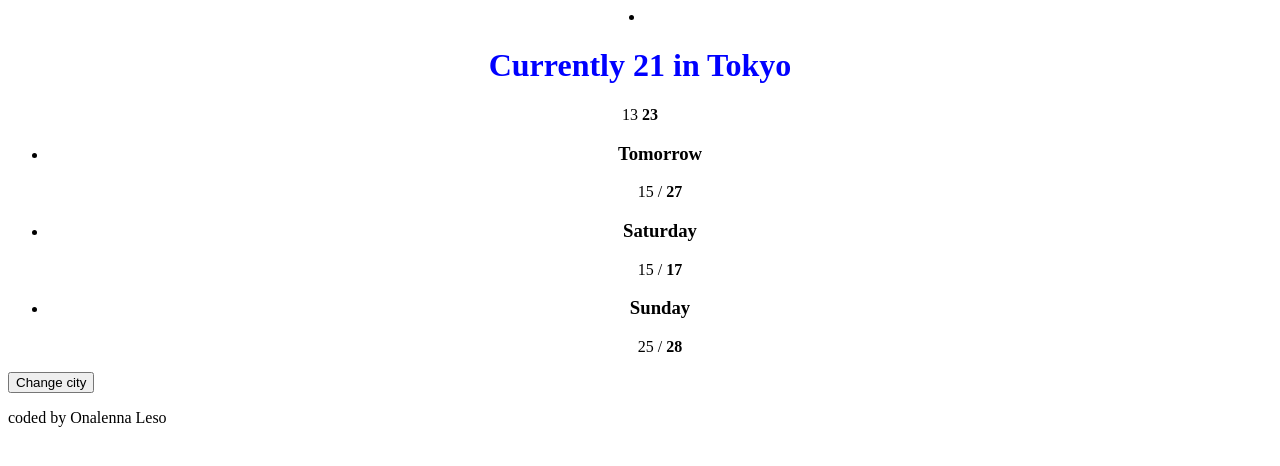
Repository: onalennaleso/empty
Page: homework w1.html
An editor plug-in stored every save of this project. The page is shown before and after the next save, followed by the edit.
The browser window is 1280 px wide. The pictures show the whole page.
The pointer rests on the first visible `button`.

Above is the page before, as saved 2024-02-02 00:04:52.

After the next save:
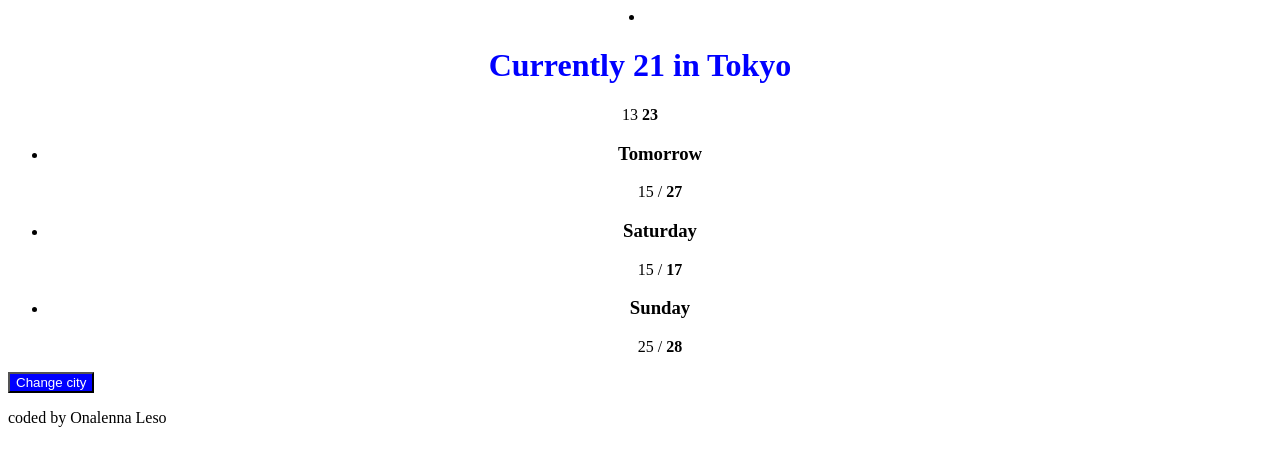
Saved 4 min 24 s later.
--- a/homework w1.html
+++ b/homework w1.html
@@ -23,6 +23,11 @@
     li {
         text-align: center;
     }
+
+    button:hover {
+        background: blue;
+        color: white;
+        cursor: pointer;
 </style>
 
 <body>
